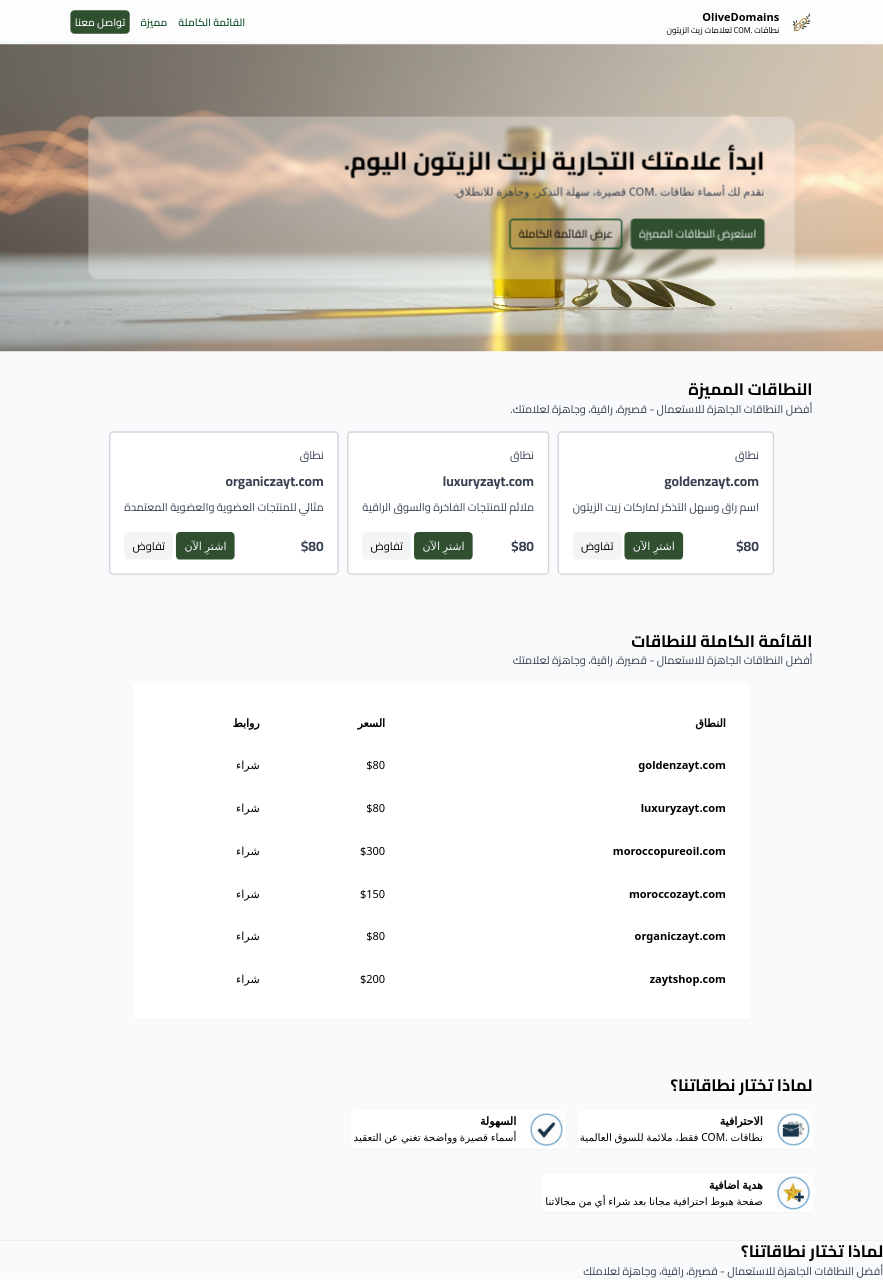
Repository: zakaria-bn05/Olive-oil-domaine-names-english-version
Page: index.html
The author's editor kept a copy of each file at every save. The page is drawn from the files as they stood at one save, then again after the next save.
The browser window is 1280 px wide. The pictures show the whole page, at 69% of full size.
Some web libraries are served in a nearby version.

Above is the page before, as saved 2025-11-17 12:20:25.

### index.html
<!DOCTYPE html>
<html lang="ar" dir="rtl">

<head>
    <meta charset="UTF-8">
    <meta name="viewport" content="width=device-width, initial-scale=1.0">
    <script src="https://cdn.tailwindcss.com"></script>
    <link href="https://fonts.googleapis.com/css2?family=Cairo:wght@300;400;600;700;800&display=swap" rel="stylesheet">
    <title>Document</title>
    <style>
        .font-cairo {
            font-family: 'Cairo', system-ui, -apple-system, 'Segoe UI', Roboto, sans-serif;
        }

        .nav-link {
            font-size: 0.95rem;
            font-weight: 600;
        }

        .nav-link:hover {
            opacity: 0.92;
        }

        .bg-olive-btn {
            background-color: #2f4f2f;
        }

        .bg-olive-btn:hover {
            filter: contrast(80%);
        }

        .header {
            height: 445px;
            background-image: url('assets/header-picture.jpg');
            background-size: cover;
            background-position: center;
        }

        /* Tables: add vertical spacing between rows */
        .table-spaced {
            border-collapse: separate;
            border-spacing: 0 0.9rem;
        }

        .table-spaced th,
        .table-spaced td {
            background: white;
            padding: 0.75rem 1rem;
            border-radius: 8px;
        }

        /* remove default header bottom border so spacing is visible */
        .table-spaced thead th {
            background: transparent;
            font-weight: 700;
        }
    </style>
</head>

<body class="min-h-screen flex flex-col">
    <main class="font-Cairo w-full flex-1 flex flex-col bg-gray-50 text-gold-dark ">
        <nav
            class="sticky top-0 z-30 bg-white/60 backdrop-blur-sm flex w-full h-16 px-[8%] items-center justify-between gap-1">


            <div class="flex-1 flex justify-start items-center gap-[2%]">
                <img src="assets/logo.png" class=" w-8 " href="#" alt="Website Logo">
                <div>
                    <p class="text-right font-bold">OliveDomains</p>
                    <p class="text-xs font-cairo">نطاقات .COM لعلامات زيت الزيتون</p>
                </div>
            </div>
            <div class="flex items-center gap-4">
                <a href="" class="text-green-900 nav-link font-cairo">القائمة الكاملة</a>
                <a href="" class="text-green-900 nav-link font-cairo">مميزة</a>
                <a href="" class="bg-olive-btn rounded-md p-[6px] text-gray-100 nav-link font-cairo">تواصل معنا</a>
            </div>
        </nav>
        <header class="header flex items-center justify-center z-10 relative ">
            <div class="bg-white rounded-2xl backdrop-blur-sm bg-opacity-30 w-4/5 p-11 flex flex-col gap-3 ">
                <h1 class="font-cairo text-4xl font-bold text-right "> ابدأ علامتك التجارية لزيت الزيتون اليوم.</h1>
                <p class="text-gray-700 text-right text-ms ">
                    نقدم لك أسماء نطاقات .COM قصيرة، سهلة التذكر، وجاهزة للانطلاق.
                </p>
                <div class="flex md:flex-row flex-col gap-3 mt-4 ">
                    <button class="font-cairo bg-olive-btn px-3 py-2 text-gray-100 rounded-md">استعرض النطاقات
                        المميزة</button>
                    <button class="font-cairo px-3 py-2 rounded-md border-2 border-green-900 ">عرض القائمة
                        الكاملة</button>
                </div>
            </div>
        </header>
        <article class="px-[8%] py-10 margin-10">
            <h1 class="font-cairo text-2xl font-bold">النطاقات المميزة</h1>
            <p class="font-cairo text-xm text-gray-700 ">أفضل النطاقات الجاهزة للاستعمال - قصيرة، راقية، وجاهزة لعلامتك.
            </p>
            <div class="flex gap-3 flex-wrap justify-center">
                <div class="bg-white border-2 border-gray-300 rounded-md p-5 mt-5 w-100 flex flex-col gap-3 ">
                    <p class=" font-cairo text-xm text-gray-700 ">نطاق
                    </p>
                    <p class=" font-cairo text-xl text-gray-700 font-bold ">goldenzayt.com
                    </p>
                    <p class=" font-cairo text-xm text-gray-700 ">اسم راق وسهل التذكر لماركات زيت الزيتون
                    </p>
                    <div class="flex items-center mt-auto w-full justify-between">

                        <p class=" font-cairo text-xl text-gray-700 font-bold mt-3 ">$80</p>
                        <div class="justify-end">
                            <button class="bg-olive-btn px-3 py-2 text-gray-100 rounded-md mt-3">اشترِ الآن
                            </button>
                            <button class="font-cairo bg-olive-btn px-3 py-2 bg-gray-100 rounded-md mt-3"> تفاوض
                            </button>
                        </div>

                    </div>
                </div>
                <div class="bg-white border-2 border-gray-300 rounded-md p-5 w-100 mt-5 flex flex-col gap-3 ">
                    <p class=" font-cairo text-xm text-gray-700 ">نطاق
                    </p>
                    <p class=" font-cairo text-xl text-gray-700 font-bold ">luxuryzayt.com
                    </p>
                    <p class=" font-cairo text-xm text-gray-700 ">ملائم للمنتجات الفاخرة والسوق الراقية
                    </p>
                    <div class="flex items-center mt-auto w-full justify-between">

                        <p class=" font-cairo text-xl text-gray-700 font-bold mt-3 ">$80</p>
                        <div class="justify-end">
                            <button class="bg-olive-btn px-3 py-2 text-gray-100 rounded-md mt-3">اشترِ الآن
                            </button>
                            <button class="font-cairo bg-olive-btn px-3 py-2 bg-gray-100 rounded-md mt-3"> تفاوض
                            </button>
                        </div>

                    </div>
                </div>
                <div class="bg-white border-2 border-gray-300 rounded-md p-5 mt-5 w-100 flex flex-col gap-3 ">
                    <p class=" font-cairo text-xm text-gray-700 ">نطاق
                    </p>
                    <p class=" font-cairo text-xl text-gray-700 font-bold ">organiczayt.com
                    </p>
                    <p class=" font-cairo text-xm text-gray-700 ">مثالي للمنتجات العضوية والعضوية المعتمدة
                    </p>
                    <div class="flex items-center w-full justify-between">

                        <p class=" font-cairo text-xl text-gray-700 font-bold mt-3 ">$80</p>
                        <div class="justify-end mt-auto">
                            <button class="bg-olive-btn px-3 py-2 text-gray-100 rounded-md mt-3">اشترِ الآن
                            </button>
                            <button class="font-cairo bg-olive-btn px-3 py-2 bg-gray-100 rounded-md mt-3"> تفاوض
                            </button>
                        </div>

                    </div>
                </div>
        </article>
        <article class="px-[8%] py-10 margin-10">
            <h1 class="font-cairo text-2xl font-bold"> القائمة الكاملة للنطاقات</h1>
            <p class="font-cairo text-xm text-gray-700 ">أفضل النطاقات الجاهزة للاستعمال - قصيرة، راقية، وجاهزة لعلامتك
            </p>
            <div class="flex justify-center w-full">
                <table class=" w-5/6 text-right mt-5 bg-white p-5 rounded-md table-spaced shadow-sm">
                    <tr class="border-b-2 p-5">
                        <th>النطاق</th>
                        <th>السعر</th>
                        <th>روابط</th>
                    </tr>
                    <tr>
                        <td class="font-bold ">goldenzayt.com</td>
                        <td>$80</td>
                        <td><a href="" class="hover:border-b-2 border-black"> شراء</a></td>
                    </tr>
                    <tr>
                        <td class="font-bold ">luxuryzayt.com</td>
                        <td>$80</td>
                        <td><a href="" class="hover:border-b-2 border-black"> شراء</a></td>
                    </tr>
                    <tr>
                        <td class="font-bold ">moroccopureoil.com</td>
                        <td>$300</td>
                        <td><a href="" class="hover:border-b-2 border-black"> شراء</a></td>
                    </tr>
                    <tr>
                        <td class="font-bold ">moroccozayt.com</td>
                        <td>$150</td>
                        <td><a href="" class="hover:border-b-2 border-black"> شراء</a></td>
                    </tr>
                    <tr>
                        <td class="font-bold ">organiczayt.com</td>
                        <td>$80</td>
                        <td><a href="" class="hover:border-b-2 border-black"> شراء</a></td>
                    </tr>
                    <tr>
                        <td class="font-bold ">zaytshop.com</td>
                        <td>$200</td>
                        <td><a href="" class="hover:border-b-2 border-black"> شراء</a></td>
                    </tr>
                </table>
            </div>

        </article>
        <article class="px-[8%] py-10 margin-10">
            <h1 class="font-cairo text-2xl font-bold"> لماذا تختار نطاقاتنا؟ </h1>
            <div class="flex flex-wrap gap-4">
                <div class=" flex gap-5 mt-5 bg-white p-1 rounded-md shadow-sm ">
                    <img src=" assets/pro-logo.png" class="w-12 h-12" alt="">
                    <div>
                        <p class="font-bold">الاحترافية</p>
                        <p class="text-[15px]">نطاقات .COM فقط، ملائمة للسوق العالمية</p>
                    </div>
                </div>
                <div class="flex gap-5 mt-5 bg-white p-1 rounded-md shadow-sm ">
                    <img src="assets/easy-logo.png" class="w-12 h-12" alt="">
                    <div>
                        <p class="font-bold">السهولة</p>
                        <p class="text-[15px]"> أسماء قصيرة وواضحة تغني عن التعقيد</p>
                    </div>
                </div>
                <div class="flex gap-5 mt-5 bg-white p-1 rounded-md shadow-sm ">
                    <img src="assets/bonus-logo.png" class="w-12 h-12" alt="">
                    <div>
                        <p class="font-bold">هدية اضافية</p>
                        <p class="text-[15px]"> صفحة هبوط احترافية مجانا بعد شراء أي من مجالاتنا </p>
                    </div>
                </div>
            </div>

        </article>
        <article>
            <hr>
            <div>
                <div>
                    <h1 class="font-cairo text-2xl font-bold"> لماذا تختار نطاقاتنا؟ </h1>
                    <p class="font-cairo text-xm text-gray-700 ">أفضل النطاقات الجاهزة للاستعمال - قصيرة، راقية، وجاهزة
                        لعلامتك
                    </p>
                </div>
                <div>

                </div>
            </div>
        </article>
    </main>
</body>

</html>

After the next save:
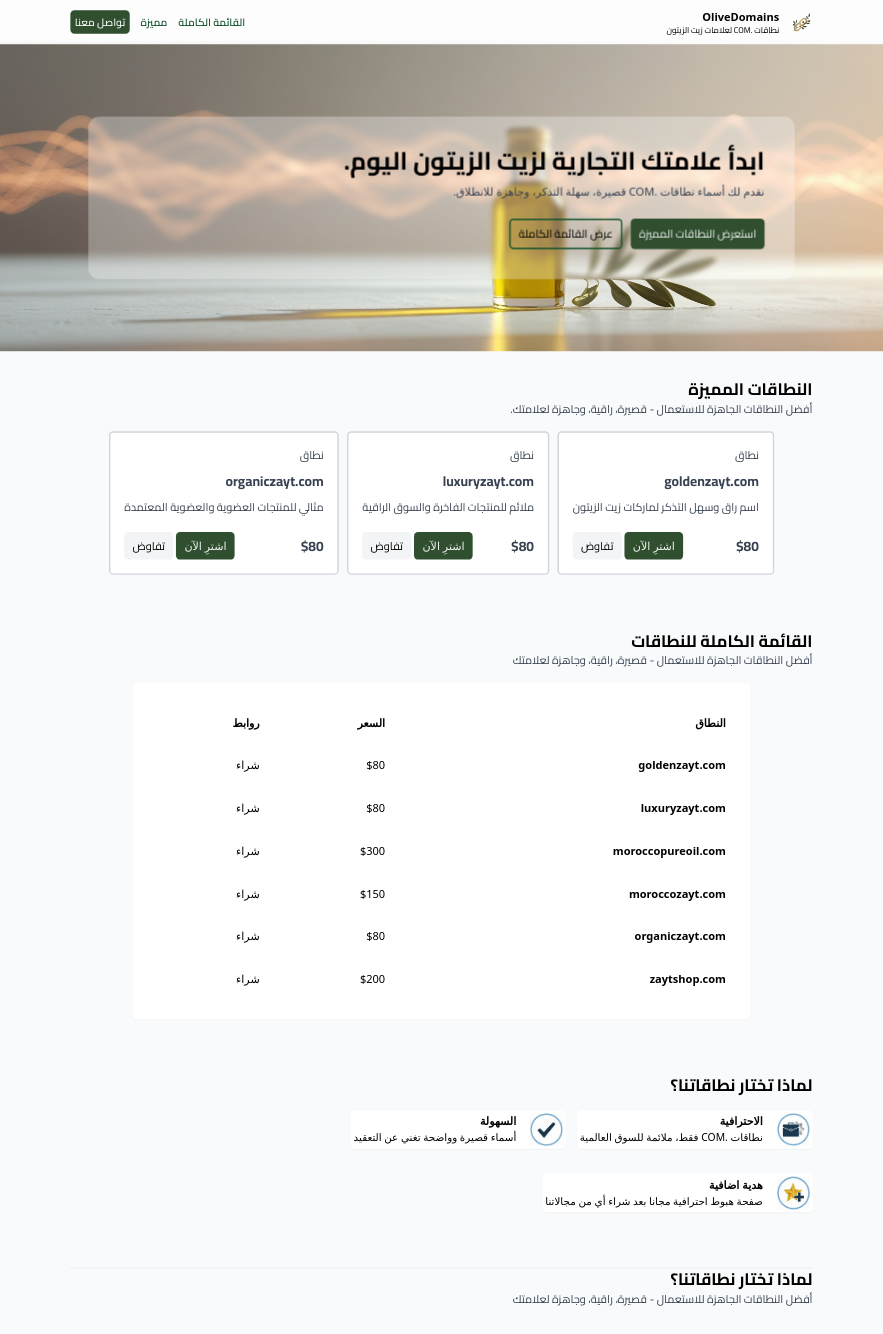
Saved 24 s later.
--- a/index.html
+++ b/index.html
@@ -225,7 +225,7 @@
             </div>
 
         </article>
-        <article>
+        <article class="px-[8%] py-10 margin-10">
             <hr>
             <div>
                 <div>
